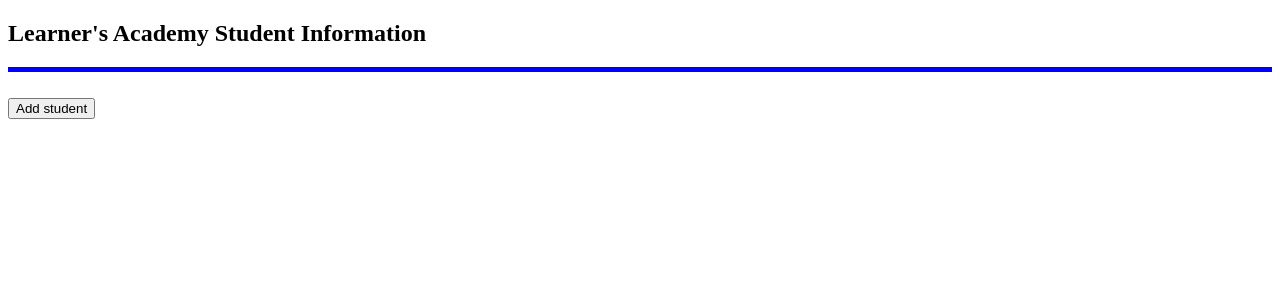
Repository: anithagnana123/Simplilearn_Phase2_project
Page: phase2-project/src/main/java/simplilearn/model/WEB-INF/student.html
These files come from the project's save history. The page is drawn as it stood at one moment and after the next save; the edit follows.
The browser window is 1280 px wide. The pictures show the whole page.

Above is the page before, as saved 2022-10-20 07:47:37.

### phase2-project/src/main/java/simplilearn/model/WEB-INF/student.html
<!DOCTYPE html>
<html>
<head>
<meta charset="ISO-8859-1">
<title>learners-academy-student-info</title>
</head>
<body>
<h2>Learner's Academy Student Information</h2>
<hr color="blue" size ="5"/>

<form method="get" action="/phase2-project/addstudent">
    <br> <input type='submit' value='Add student'/>
</form>

</body>
</html>

After the next save:
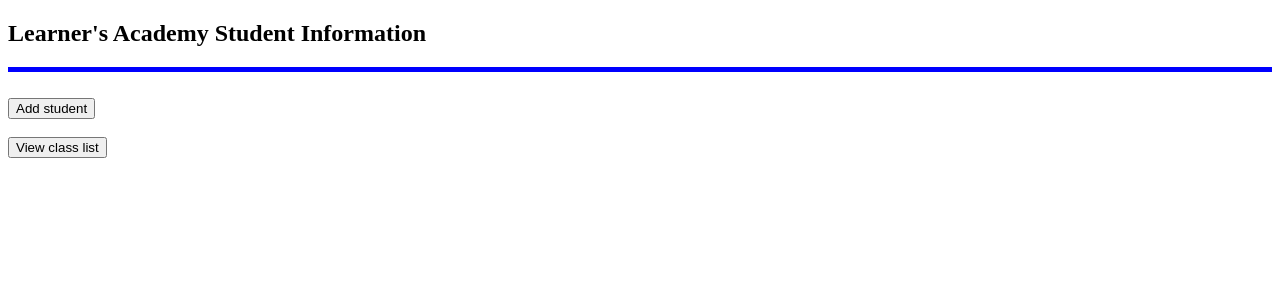
Saved 10 min 23 s later.
--- a/phase2-project/src/main/java/simplilearn/model/WEB-INF/student.html
+++ b/phase2-project/src/main/java/simplilearn/model/WEB-INF/student.html
@@ -12,5 +12,11 @@
     <br> <input type='submit' value='Add student'/>
 </form>
 
+<form method="get" action="/phase2-project/viewclass.jsp">
+    <br> <input type='submit' value='View class list'/>
+    <br> <input type='hidden' name='operation' value='viewclass'/>
+</form>
+
+
 </body>
 </html>
